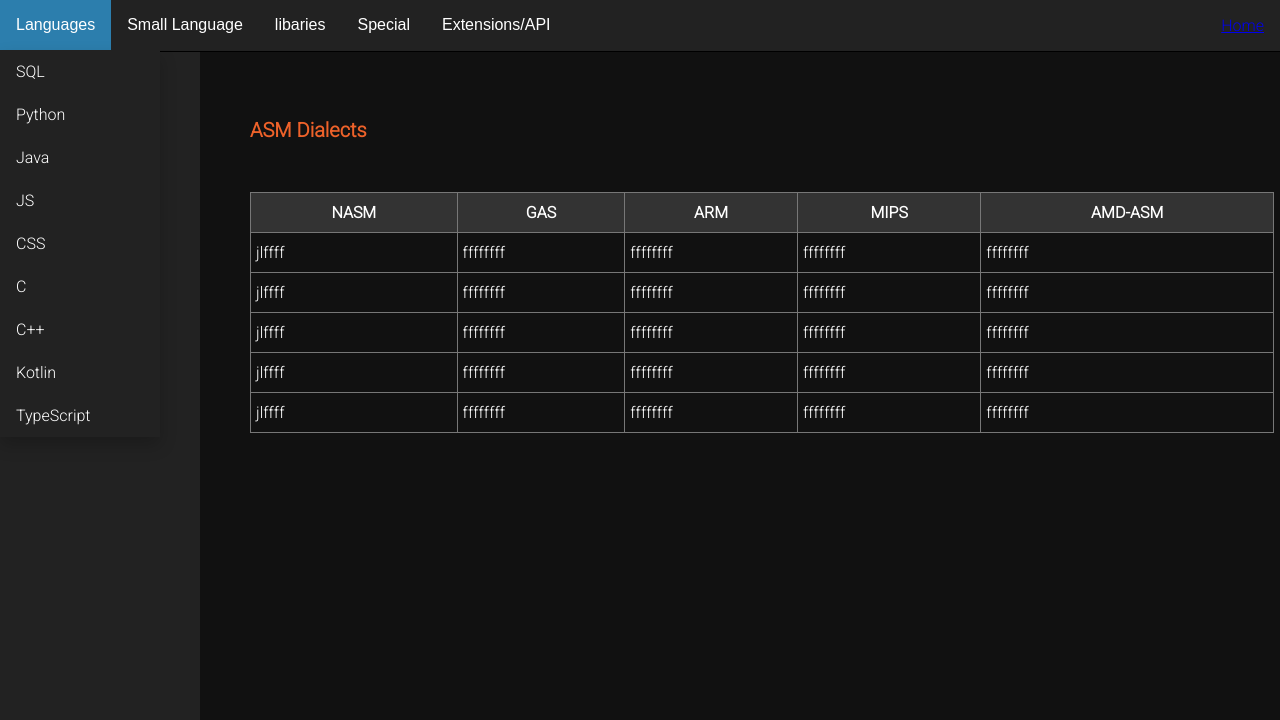
Repository: Max-Rohrhirsch/Max-Rohrhirsch.github.io
Page: documentation/special/OS/asm_dif.html
An editor plug-in stored every save of this project. The page is shown before and after the next save, followed by the edit.
The browser window is 1280 px wide. The pictures show the whole page.

Above is the page before, as saved 2023-10-29 17:33:51.

### documentation/special/OS/asm_dif.html
<script src="/jquery.js"></script>
<div id="includeHeader"></div>
<!-- ------ SIDE NAVIGATION BAR ----- -->
<div class="sidenav">
    <a href="/documentation/special/OS/OS.html">OS</a>
    <a href="/documentation/special/OS/ASM.html">ASM</a>
</div>

<div class="main">
<h2>ASM Dialects</h2>
<table>
<tr>
    <th>NASM</th>
    <th>GAS</th>
    <th>ARM</th>
    <th>MIPS</th>
    <th>AMD-ASM</th>
</tr>
<tr>
    <td>jlffff</td>
    <td>ffffffff</td>
    <td>ffffffff</td>
    <td>ffffffff</td>
    <td>ffffffff</td>
</tr>
<tr>
    <td>jlffff</td>
    <td>ffffffff</td>
    <td>ffffffff</td>
    <td>ffffffff</td>
    <td>ffffffff</td>
</tr>
<tr>
    <td>jlffff</td>
    <td>ffffffff</td>
    <td>ffffffff</td>
    <td>ffffffff</td>
    <td>ffffffff</td>
</tr>
<tr>
    <td>jlffff</td>
    <td>ffffffff</td>
    <td>ffffffff</td>
    <td>ffffffff</td>
    <td>ffffffff</td>
</tr>
<tr>
    <td>jlffff</td>
    <td>ffffffff</td>
    <td>ffffffff</td>
    <td>ffffffff</td>
    <td>ffffffff</td>
</tr>
</table>
</div>
<div id="includeFooter"></div>

### header.html
<html>
    <head>
        <title>Documentation</title>

        <meta name="viewport" content="width=device-width, initial-scale=1">
        <meta name="description" lang="en" content="Documentation of many things I learned">
        <meta name="keywords" content="HTML, CSS, JavaScript, Coding, max">
        <meta name="author" content="Rohrhirsch Max">

        <link rel="preconnect" href="https://fonts.googleapis.com">
        <link rel="preconnect" href="https://fonts.gstatic.com" crossorigin>
        <link href="https://fonts.googleapis.com/css2?family=Roboto:wght@300&display=swap" rel="stylesheet">
        <link rel="stylesheet" href="https://cdnjs.cloudflare.com/ajax/libs/font-awesome/4.7.0/css/font-awesome.min.css">

        <link rel="icon" type="image/x-icon" href="/Bilder/favicon.ico">

        <link href="/documentation/prism.css" rel="stylesheet" />

        <link rel="stylesheet" href="/documentation/docStyle.css">
        <link rel="icon" type="image/x-icon" href="/Bilder/favicon.ico">
    </head>
    <body>
        <!-- ------ TOP NAVIGATION BAR ----- -->
        <nav class="nav1">
            <div class="dropdown" style="float:left;">
                <button class="dropbtn">Languages</button>
                <div class="dropdown-content" style="left:0;">
                    <a href="/documentation/languages/sql/sql.html">SQL</a>
                    <a href="/documentation/languages/python/python.html">Python</a>
                    <a href="/documentation/languages/java/java.html">Java</a>
                    <a href="/documentation/languages/js.html">JS</a>
                    <a href="/documentation/languages/css.html">CSS</a>
                    <a href="/documentation/languages/c.html">C</a>
                    <a href="/documentation/languages/cpp.html">C++</a>
                    <a href="/documentation/languages/Kotlin.html">Kotlin</a>
                    <a href="/documentation/languages/typescript.html">TypeScript</a>
                </div>
            </div>
            <div class="dropdown" style="float:left;">
                <button class="dropbtn">Small Language</button>
                <div class="dropdown-content" style="left:0;">
                    <a href="/documentation/small/bash.html">Bash</a>
                    <a href="/documentation/small/rust.html">Rust</a>
                    <a href="/documentation/small/go.html">GO</a>
                    <a href="/documentation/small/csharp.html">C#</a>
                    <a href="/documentation/small/brainfuck.html">BrainFuck</a>
                </div>
            </div>
            <div class="dropdown" style="float:left;">
                <button class="dropbtn">libaries</button>
                <div class="dropdown-content" style="left:0;">
                    <a href="/documentation/libaries/socket.html">Socket</a>
                    <a href="/documentation/libaries/tenserflow.html">Tenserflow</a>
                    <a href="/documentation/libaries/regex.html">Regex</a>
                    <a href="/documentation/libaries/angular.html">Angular</a>
                    <a href="/documentation/libaries/Git.html">Git</a>
                </div>
            </div>
            <div class="dropdown" style="float:left;">
                <button class="dropbtn">Special</button>
                <div class="dropdown-content" style="left:0;">
                    <a href="/documentation/special/computer.html">Computer</a>
                    <a href="/documentation/special/linux.html">Linux</a>
                    <a href="/documentation/special/arduino.html">Arduino</a>
                    <a href="/documentation/special/game.html">Game Maker</a>
                    <a href="/documentation/special/unity.html">Unity</a>
                    <a href="/documentation/special/OS/OS.html">OS</a>
                    <a href="/documentation/special/hacking.html">Hacking</a>
                </div>
            </div>
            <div class="dropdown" style="float:left;">
                <button class="dropbtn">Extensions/API</button>
                <div class="dropdown-content" style="left:0;">
                    <a href="/documentation/extension/chrome.html">Chrome Extension</a>
                    <a href="/documentation/extension/discord.html">Discord Bot</a>
                    <a href="/documentation/extension/computercraft.html">Computercraft</a>
                    <a href="/documentation/extension/LaTeX.html">LaTeX</a>
                </div>
            </div>
            <div class="dropdown dropbtn" style="float:right;">
                <a href="https://max-rohrhirsch.github.io/documentation/documentation.html">Home</a>
            </div>
        </nav>

        <!-- ------ SIDE NAVIGATION BAR ----- -->

### footer.html

<a class="pre">Previous</a>
<a class="next">Next</a>
</div>

<div id="modal01" class="modal" onclick="this.style.display='none'">
<span class="close">X</span>
<div class="modal-content">
  <img id="img01" style="max-width:100%">
</div>
</div>


<!-- ------ SCRIPT FOR DROPDOWN ----- -->
<script>
var dropdown = document.getElementsByClassName("dropdown-btn");
var i;

for (i = 0; i < dropdown.length; i++) {
  dropdown[i].addEventListener("click", function() {
    this.classList.toggle("active");
    var dropdownContent = this.nextElementSibling;
    if (dropdownContent.style.display === "block") {
      dropdownContent.style.display = "none";
    } else {
      dropdownContent.style.display = "block";
    }
  });
}
</script>
<script src="/documentation/prism.js"></script>
<script>
function onClick(element) {
    document.getElementById("img01").src = element.src;
    document.getElementById("modal01").style.display = "block";
}
</script>
</body>
</html>

### documentation/prism.css
/* PrismJS 1.29.0
https://prismjs.com/download.html#themes=prism-okaidia&languages=markup+css+clike+javascript+arduino+armasm+bash+brainfuck+c+cpp+cilkc+cilkcpp+go+java+latex+lua+python+rust+sql&plugins=line-numbers+show-language+toolbar+copy-to-clipboard+download-button */
code[class*=language-],pre[class*=language-]{color:#f8f8f2;background:0 0;text-shadow:0 1px rgba(0,0,0,.3);font-family:Consolas,Monaco,'Andale Mono','Ubuntu Mono',monospace;font-size:1em;text-align:left;white-space:pre;word-spacing:normal;word-break:normal;word-wrap:normal;line-height:1.5;-moz-tab-size:4;-o-tab-size:4;tab-size:4;-webkit-hyphens:none;-moz-hyphens:none;-ms-hyphens:none;hyphens:none}pre[class*=language-]{padding:1em;margin:.5em 0;overflow:auto;border-radius:.3em}:not(pre)>code[class*=language-],pre[class*=language-]{background:#272822}:not(pre)>code[class*=language-]{padding:.1em;border-radius:.3em;white-space:normal}.token.cdata,.token.comment,.token.doctype,.token.prolog{color:#8292a2}.token.punctuation{color:#f8f8f2}.token.namespace{opacity:.7}.token.constant,.token.deleted,.token.property,.token.symbol,.token.tag{color:#f92672}.token.boolean,.token.number{color:#ae81ff}.token.attr-name,.token.builtin,.token.char,.token.inserted,.token.selector,.token.string{color:#a6e22e}.language-css .token.string,.style .token.string,.token.entity,.token.operator,.token.url,.token.variable{color:#f8f8f2}.token.atrule,.token.attr-value,.token.class-name,.token.function{color:#e6db74}.token.keyword{color:#66d9ef}.token.important,.token.regex{color:#fd971f}.token.bold,.token.important{font-weight:700}.token.italic{font-style:italic}.token.entity{cursor:help}
pre[class*=language-].line-numbers{position:relative;padding-left:3.8em;counter-reset:linenumber}pre[class*=language-].line-numbers>code{position:relative;white-space:inherit}.line-numbers .line-numbers-rows{position:absolute;pointer-events:none;top:0;font-size:100%;left:-3.8em;width:3em;letter-spacing:-1px;border-right:1px solid #999;-webkit-user-select:none;-moz-user-select:none;-ms-user-select:none;user-select:none}.line-numbers-rows>span{display:block;counter-increment:linenumber}.line-numbers-rows>span:before{content:counter(linenumber);color:#999;display:block;padding-right:.8em;text-align:right}
div.code-toolbar{position:relative}div.code-toolbar>.toolbar{position:absolute;z-index:10;top:.3em;right:.2em;transition:opacity .3s ease-in-out;opacity:0}div.code-toolbar:hover>.toolbar{opacity:1}div.code-toolbar:focus-within>.toolbar{opacity:1}div.code-toolbar>.toolbar>.toolbar-item{display:inline-block}div.code-toolbar>.toolbar>.toolbar-item>a{cursor:pointer}div.code-toolbar>.toolbar>.toolbar-item>button{background:0 0;border:0;color:inherit;font:inherit;line-height:normal;overflow:visible;padding:0;-webkit-user-select:none;-moz-user-select:none;-ms-user-select:none}div.code-toolbar>.toolbar>.toolbar-item>a,div.code-toolbar>.toolbar>.toolbar-item>button,div.code-toolbar>.toolbar>.toolbar-item>span{color:#bbb;font-size:.8em;padding:0 .5em;background:#f5f2f0;background:rgba(224,224,224,.2);box-shadow:0 2px 0 0 rgba(0,0,0,.2);border-radius:.5em}div.code-toolbar>.toolbar>.toolbar-item>a:focus,div.code-toolbar>.toolbar>.toolbar-item>a:hover,div.code-toolbar>.toolbar>.toolbar-item>button:focus,div.code-toolbar>.toolbar>.toolbar-item>button:hover,div.code-toolbar>.toolbar>.toolbar-item>span:focus,div.code-toolbar>.toolbar>.toolbar-item>span:hover{color:inherit;text-decoration:none}

### documentation/docStyle.css
:root {
    --main-special-color: #ee622a;
    --main-bg-color: #111;
    transition: 3s;
    scroll-behavior: smooth;
}

body {
    background-color: var(--main-bg-color);
    color: white;
    font-family: 'Roboto', sans-serif;
    margin: 0;
    min-height: max-content;
}


/* ----------------------------- MAIN STUFF --------------------------------------- */
red { color: red }
orange { color: orange }
green { color: green }

.nav1 {
    position: fixed;
    background-color: #222;
    border-bottom: 1px solid black;
    width: 100%;

    z-index: 2;
}

/* ---- DROPDOWN ---- */

.dropbtn {
    background-color: #222;
    color: white;

    padding: 16px;
    font-size: 16px;
    border: none;
    cursor: pointer;
  }

  .dropdown {
    position: relative;
    display: inline-block;
  }

  .dropdown-content {
    display: none;
    position: absolute;
    right: 0;

    background-color: #222;
    min-width: 160px;
    box-shadow: 0px 8px 16px 0px rgba(0,0,0,0.2);
  }

  .dropdown-content a {
    color: White;
    padding: 12px 16px;
    text-decoration: none;
    display: block;
  }

  .dropdown-content a:hover { background-color: #333 }
  .dropdown:hover .dropdown-content { display: block }
  .dropdown:hover .dropbtn { background-color: #2c7ead }


/* ------------ Site Navigation ----------- */

.sidenav {
    height: 100%;
    width: 200px;

    position: fixed;
    top: 51px;
    left: 0;

    background-color: #222;
    overflow-x: hidden;
    z-index: 1;
  }

  .sidenav a, .dropdown-btn {
    padding: 6px 8px 6px 16px;

    text-decoration: none;
    font-size: 20px;
    color: white;

    display: block;
    border: none;
    background: none;

    width: 100%;
    text-align: left;
    cursor: pointer;
    outline: none;
  }

  .sidenav a:hover, .dropdown-btn:hover { background-color: #2c7ead }

  .active {
    background-color: green;
    color: white;
  }

  .dropdown-container {
    display: none;
    background-color: #333;
  }

  .fa-caret-down {
    float: right;
    padding-right: 8px;
  }

  @media screen and (max-height: 450px) {
    .sidenav { padding-top: 15px }
    .sidenav a { font-size: 18px }
  }


/* ------------ Main ----------- */
.main {
    display: block;
    position:absolute;
    top: 51px;
    left: 200px;

    padding: 50px;
    font-size: 18px;

    min-height: 100%;
    width: 80vw;
}

.main h2 {
    font-size: 20px;
    color: #ee622a;
}

.main a {
    color: rgb(44, 172, 65);
    margin-bottom: 20px;
    display: block;
}

img {
    display: block;
    margin-top: 20px;
}
img:hover {
    cursor: pointer;
}



/* ------------ CODE ----------- */

out {
    display: block;
    width: calc(100% - 40px);
    background-color: #333;

    padding: 20px;
    margin-top: 15px;
    border-radius: 10px;
}

.wrapper {
    display: grid;
    font-size: 18px;
    grid-template-columns: repeat(3, 1fr);
    gap: 10px;
}

.wrapper pre {
    height: calc(100% - 50px);
}

.half {
    display: grid;
    grid-template-columns: repeat(2, 1fr);
    gap: 10px;
}
.half pre {
    height: calc(100% - 50px);
}

/* ------------ Table ----------- */

table {
    width: calc(100% );
    border: 1px solid #777;
    margin-top: 50px;
    border-collapse:collapse;
}

th {
    border: 1px solid #777;
    background-color: #333;
    padding: 10px;

}

td {
    border: 1px solid #777;
    padding: 5px;
    height: 40px;
}


/* ------------ Buttons ----------- */

.pre, .next {
    display: inline-block;
    margin-top: 10px;
}
.pre:hover, .next:hover { cursor: pointer }

.pre { float: left }
.next { float: right }





/* ------------ Image ----------- */
.modal {
    z-index:2;
    display:none;
    padding-top:10px;
    position:fixed;
    left:0;
    top:0;
    width:100%;
    height:100%;
    overflow:auto;
    background-color:rgb(0,0,0);
    background-color:rgba(0,0,0,0.8)
}

.modal-content {
    margin: auto;
    display: block;
    position: absolute;
    top: 50%;
    left: 50%;
    transform: translate(-50%, -50%);
}


.modal-hover-opacity {
    opacity:1;
    filter:alpha(opacity=100);
}

.modal-hover-opacity:hover {
    opacity:0.60;
    filter:alpha(opacity=60);
}


.close {
    text-decoration:none;

    position: fixed;
    right:20px;
    top: 20px;

    font-size:24px;
    font-weight:bold;
    color:white;
    cursor: pointer;
}

img {
    width: 500px;
    display: block;
}

.modal-content, #caption {
    -webkit-animation-name: zoom;
    -webkit-animation-duration: 0.6s;
    animation-name: zoom;
    animation-duration: 0.6s;
}

@keyframes zoom {
    from {transform:scale(0)}
    to {transform:scale(1)}
}

@media only screen and (max-width: 1300px) {
    .wrapper {
        grid-template-columns: repeat(2, 1fr);
    }
    .half {
        grid-template-columns: repeat(1, 1fr);
    }

}
@media only screen and (max-width: 1000px) {
    .wrapper {
        grid-template-columns: repeat(1, 1fr);
    }
}

Loaded but not shown: jquery.js (library); documentation/prism.js (library)

After the next save:
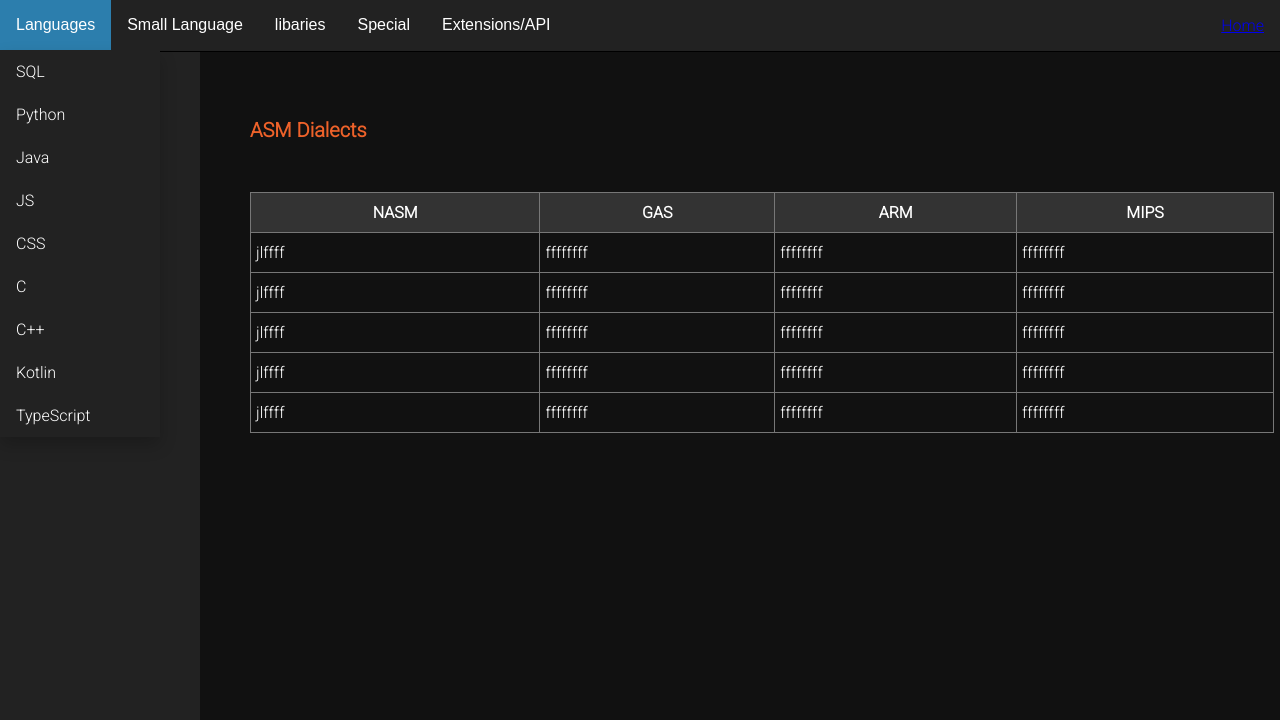
Saved 2 min 49 s later.
--- a/documentation/special/OS/asm_dif.html
+++ b/documentation/special/OS/asm_dif.html
@@ -14,11 +14,9 @@
     <th>GAS</th>
     <th>ARM</th>
     <th>MIPS</th>
-    <th>AMD-ASM</th>
 </tr>
 <tr>
     <td>jlffff</td>
-    <td>ffffffff</td>
     <td>ffffffff</td>
     <td>ffffffff</td>
     <td>ffffffff</td>
@@ -28,11 +26,9 @@
     <td>ffffffff</td>
     <td>ffffffff</td>
     <td>ffffffff</td>
-    <td>ffffffff</td>
 </tr>
 <tr>
     <td>jlffff</td>
-    <td>ffffffff</td>
     <td>ffffffff</td>
     <td>ffffffff</td>
     <td>ffffffff</td>
@@ -42,11 +38,9 @@
     <td>ffffffff</td>
     <td>ffffffff</td>
     <td>ffffffff</td>
-    <td>ffffffff</td>
 </tr>
 <tr>
     <td>jlffff</td>
-    <td>ffffffff</td>
     <td>ffffffff</td>
     <td>ffffffff</td>
     <td>ffffffff</td>
